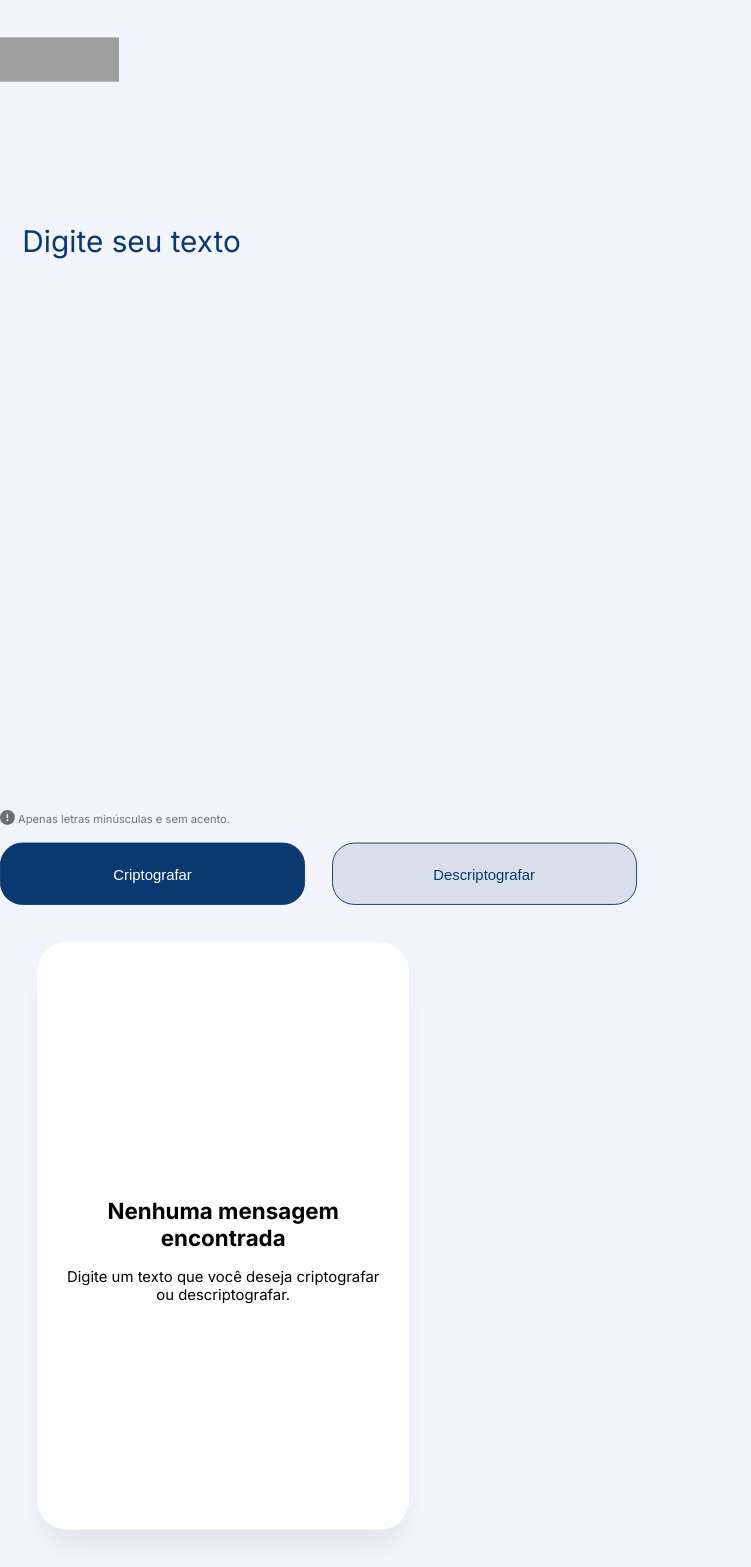
Repository: CarlosEduardoVdeOliveira/descodificador-de-texto
Page: index.html
An editor plug-in stored every save of this project. The page is shown before and after the next save, followed by the edit.
The browser window is 768 px wide. The page is 768 px wide, then 808 px, so the pictures cover 808 px, including what lies to the right of the window. The pictures show the whole page, at 93% of full size.
Pictures or frames that could not be fetched are drawn as grey boxes.

Above is the page before, as saved 2023-04-13 08:16:23.

### index.html
<!DOCTYPE html>
<html lang="en">
<head>
   <meta charset="UTF-8">
   <link rel="preconnect" href="https://fonts.googleapis.com">
   <link rel="preconnect" href="https://fonts.gstatic.com" crossorigin>
   <meta http-equiv="X-UA-Compatible" content="IE=edge">
   <meta name="viewport" content="width=device-width, initial-scale=1.0">
   <link href="https://fonts.googleapis.com/css2?family=Inter:wght@400;700&display=swap" rel="stylesheet">
   <link rel="stylesheet" href="https://cdnjs.cloudflare.com/ajax/libs/font-awesome/6.4.0/css/all.min.css" integrity="sha512-iecdLmaskl7CVkqkXNQ/ZH/XLlvWZOJyj7Yy7tcenmpD1ypASozpmT/E0iPtmFIB46ZmdtAc9eNBvH0H/ZpiBw==" crossorigin="anonymous" referrerpolicy="no-referrer" />
   <link rel="stylesheet" href="/public/styles/reset.css">
   <link rel="stylesheet" href="/public/styles/index.css">
   <link rel="stylesheet" href="/public/styles/tablet.css">
   <title>Decodificador</title>
</head>
<body>
   <main>
      <img src="/public/images/imageLogo.png"
         alt="letra a da logo da escola de programação Alura">
      <div class="frist-area">
         <textarea class="textarea-input" placeholder="Digite seu texto" autofocus></textarea>
         <span>
            <i class="fa-solid fa-circle-exclamation"></i>
            Apenas letras minúsculas e sem acento.
         </span>
         <div>
            <button class="button-cryptography">Criptografar</button>
            <button class="button-decryption">Descriptografar</button>
         </div>
      </div>
      <div class="text-cryption">
         <img src="/public/images/imageHighLight.svg" alt="">
         <div>
            <h2>Nenhuma mensagem encontrada</h2>
            <p>
               Digite um texto que você deseja criptografar ou descriptografar.
            </p>
         </div>
      </div>
   </main>
   <script src="/public/scripts/index.js"></script>
</body>
</html>

### public/styles/reset.css
:root{
   --light-gray: #D8DFE8;
   --gray-100: #CED4DA;
   --gray-200: #ADB5BD;
   --gray-300: #868E96;
   --gray-400: #495057;
   --gray-500: #343A40;
   --light-blue-100: #F3F5FC;
   --light-blue-200: #EFF1FA;
   --light-blue-300: #E9ECF8;
   --light-blue-400: #AAB2D5;
   --light-blue-500: #757FB2;
   --dark-blue-100: #609ED4;
   --dark-blue-200: #356EA9;
   --dark-blue-300: #0A3871;
   --dark-blue-400: #072B61;
   --dark-blue-500: #052051;
}
*{
   margin: 0;
   padding: 0;
   box-sizing: border-box;
}

html{
   font-family:  'Inter', sans-serif;
   font-size: 1rem;
}

### public/styles/index.css
/* header{
   width: 100%;
   height: 2.5rem;
} */
body{
   background-color: var(--light-blue-100);
}
img{
   width: 8rem;
   height: 3rem;
   margin-top: 2.5rem;
}
main {
   display: flex;
   justify-content: space-around;
   align-items: self-start;
   margin: 0 auto;
}
.frist-area{
   display: flex;
   flex-direction: column;
   margin-top: 7.5rem;
}
textarea.textarea-input{
   width: 42.5rem;
   height: 39.68rem;
   font-family: 'Inter';
   font-size: 32px;
   line-height: 150%;
   background-color: var(--light-blue-100);
   color: var(--dark-blue-300);
   border: none;
   resize: none;
   margin-bottom: 1.5rem;
   padding: 1.5rem;
}
textarea.textarea-input:focus{
   outline: 0;
}

textarea.textarea-input::placeholder{
   color: var(--dark-blue-300);
}

i{
   color: var(--gray-400);
   font-size: 1rem;
}
span{
   font-size: 12px;
   color: var(--gray-400);
   line-height: 150%;
   opacity: 0.8;
   margin-bottom: 1rem;
}
button{
   padding: 1.5rem;
   gap: .5rem;
   width: 328px;
   height: 67px;
   border-radius: 1.5rem;
   cursor: pointer;
   font-size: 1rem;
   line-height: 19px;
   border: 1px solid var(--dark-blue-300);
   transition: all .2s;
}
.button-cryptography{
   background-color: var(--dark-blue-300);
   color: white;
   margin-right: 1.5rem;
}
.button-cryptography:hover{
   background-color: var(--dark-blue-400);
}
.button-decryption{
   background: var(--light-gray);
   color: var(--dark-blue-300);
}
.button-decryption:hover{
   background-color: var(--light-blue-200);
}
.text-cryption{
   width: 25rem;
   margin: 2.5rem;
   padding: 15.188rem 2rem;
   text-align: center;
   background-color: white;
   /* shadow */
   box-shadow: 0px 24px 32px -8px rgba(0, 0, 0, 0.08);
   border-radius: 32px;
}
.text-cryption div{
   display: flex;
   flex-direction: column;

   margin-top: 2rem;
   padding: 0px;
   gap: 16px;
}
.text-cryption img{
   width: 21rem;
   height: 19rem;
}

.format-text-cryption{
   /* padding: 2rem;
   position: relative; */

}

.button-copy-cryption{
   background-color: white;
}
.button-copy-cryption:hover{
   background-color: var(--light-blue-200);
}

### public/styles/tablet.css
@media (max-width: 768px) {
   main{
      display: block;
   }
   .text-cryption img{
      display: none;
   }
}

### public/scripts/index.js
const elementTextarea = document.querySelector("textarea.textarea-input");
const areaCryption = document.querySelector(".text-cryption");
const buttonCryptography = document.querySelector(".button-cryptography");
const buttonDecryption = document.querySelector(".button-decryption");


function alterTextCryptionArea(){
   areaCryption.classList.remove('text-cryption')
   areaCryption.innerHTML = `
      <p>${elementTextarea.value}</p>
      <button class="button-copy-cryption">Copiar</button>
   `;
}
/*
function copyText(){
   const text = document.querySelector("format-text-cryption")
   text.select();
   document.execCommand('copy');
} */
/* document.querySelector("button-copy-cryption").onclick = copyText */
buttonCryptography.onclick = alterTextCryptionArea
buttonDecryption.onclick = alterTextCryptionArea

After the next save:
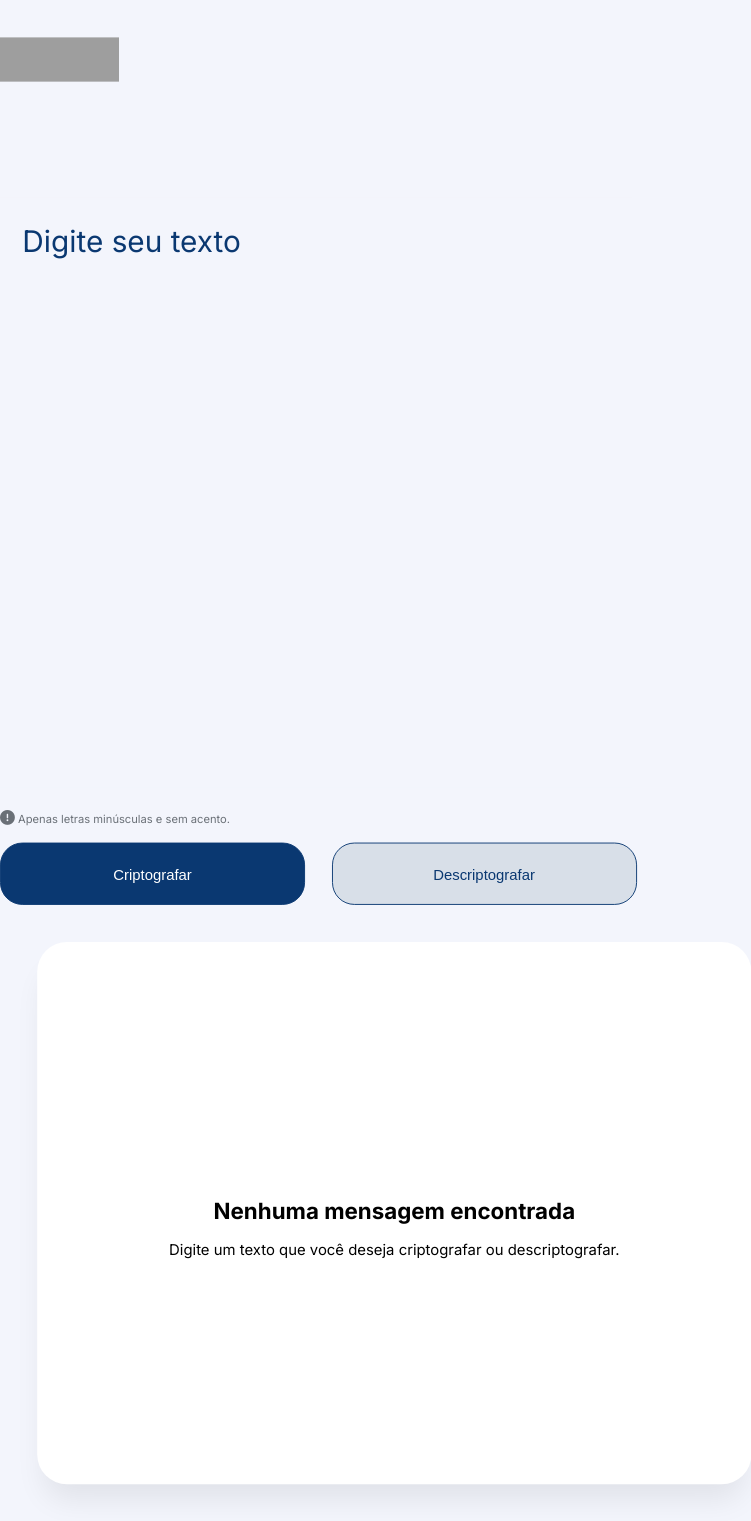
Saved 22 s later.
--- a/public/styles/tablet.css
+++ b/public/styles/tablet.css
@@ -1,6 +1,9 @@
 @media (max-width: 768px) {
    main{
       display: block;
+   }
+   .text-cryption{
+      width: 100%;
    }
    .text-cryption img{
       display: none;
